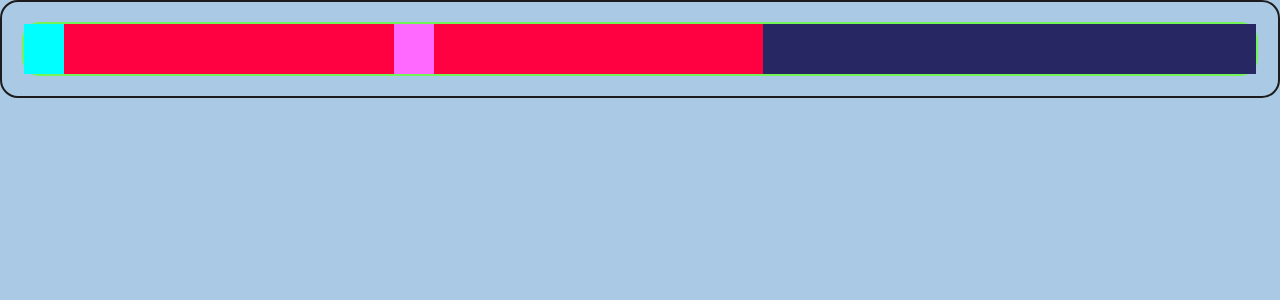
Repository: SbuKhoza/furniture
Page: /
An editor plug-in stored every save of this project. The page is shown before and after a run of saves, followed by the edit.
The browser window is 1280 px wide. The pictures show the whole page.
The project was rebuilt for these pictures with package versions that can differ from the ones it lists, and the page was loaded fresh each time.

Above is the page before, as saved 2024-07-12 12:13:11.

After the next 2 saves:
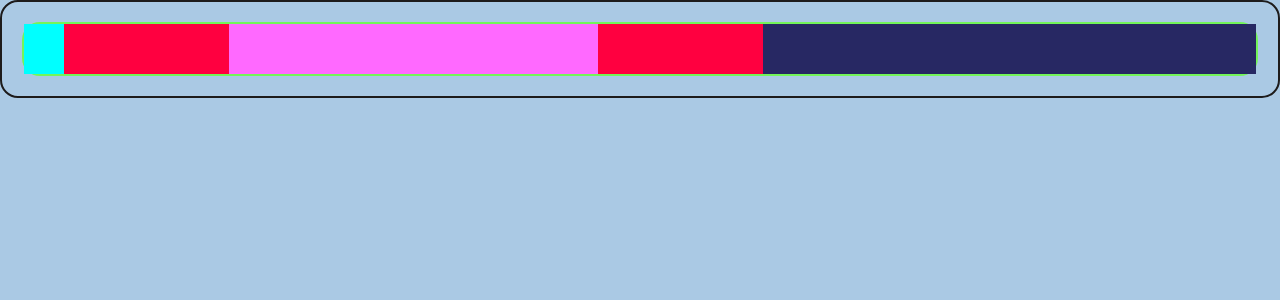
The 2 saves are shown as one change because they came seconds apart.
The last was saved 26 s later.
--- a/src/App.css
+++ b/src/App.css
@@ -39,7 +39,7 @@ nav {
 }
 
 .cont2 {
-  width: 40px;
+  width: 30%;
   background-color: rgb(255, 105, 255);
   height: 100%;
 
